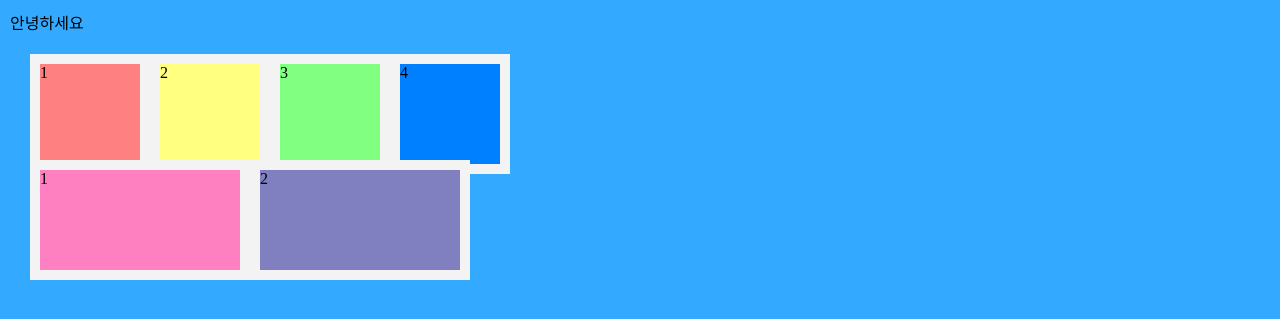
Repository: BaekJiGyeong/JSP_web
Page: http://localhost/Project0303/project1.jsp
The author's editor kept a copy of each file at every save. The page is drawn from the files as they stood at one save, then again after the next save.
The browser window is 1280 px wide. The pictures show the whole page.
The page is served by Tomcat 9.

Above is the page before, as saved 2016-03-03 08:41:19.

### Project0303/WebContent/project1.jsp
<%@ page language="java" contentType="text/html; charset=UTF-8"
    pageEncoding="UTF-8"%>
<!DOCTYPE html>
<html>
<head>
<meta http-equiv="Content-Type" content="text/html; charset=UTF-8">
<link rel="stylesheet" type="text/css" href="/resource/css/project1.css"/>
<title>Insert title here</title>
</head>
<body>
안녕하세요
<div id="wrapper">
<div id="row1">

	<div id="row1col1">
		1
		</div>
		<div id="row1col2">
		2
		</div>
		<div id="row1col3">
		3
		</div>
		<div id="row1col4">
		4
		</div>
</div>

<div id="row2">

	<div id="row2col1">
		1
		</div>
		<div id="row2col2">
		2
		</div>

</div>
</div>

</body>
</html>

### Project0303/WebContent/resource/css/project1.css
@CHARSET "UTF-8";

body {
	background-color: #33AAFF;
	margin: 10px;
}
div {
	margin: 10px;
}
div#row1 {
	background-color: #f3f3f3;
	float: left;
}

div#row1col1 {
	background-color: #ff8080;
	width: 100px;
	height: 100px;
	float: left;
}
div#row1col2 {
	background-color: #ffff80;
	width: 100px;
	height: 100px;
	float: left;
}
div#row1col3 {
	background-color: #80ff80;
	width: 100px;
	height: 100px;
	float: left;
}
div#row1col4 {
	background-color: #0080ff;
	width: 100px;
	height: 100px;
	float: left;
}

div#row2 {
	 top: 150px;
	 background-color: #f3f3f3;
	 position: absolute;
}
div#row2col1 {
	background-color: #ff80c0;
	width: 200px;
	height: 100px;
	float: left;
}
div#row2col2 {
	background-color: #8080c0;
	width: 200px;
	height: 100px;
	float: left;
}

After the next save:
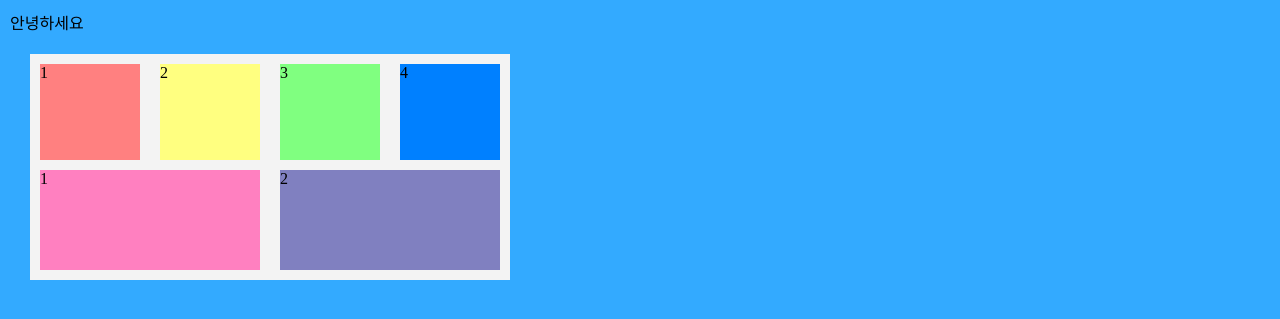
Saved 10 s later.
--- a/Project0303/WebContent/resource/css/project1.css
+++ b/Project0303/WebContent/resource/css/project1.css
@@ -44,13 +44,13 @@ div#row2 {
 }
 div#row2col1 {
 	background-color: #ff80c0;
-	width: 200px;
+	width: 220px;
 	height: 100px;
 	float: left;
 }
 div#row2col2 {
 	background-color: #8080c0;
-	width: 200px;
+	width: 220px;
 	height: 100px;
 	float: left;
 }
